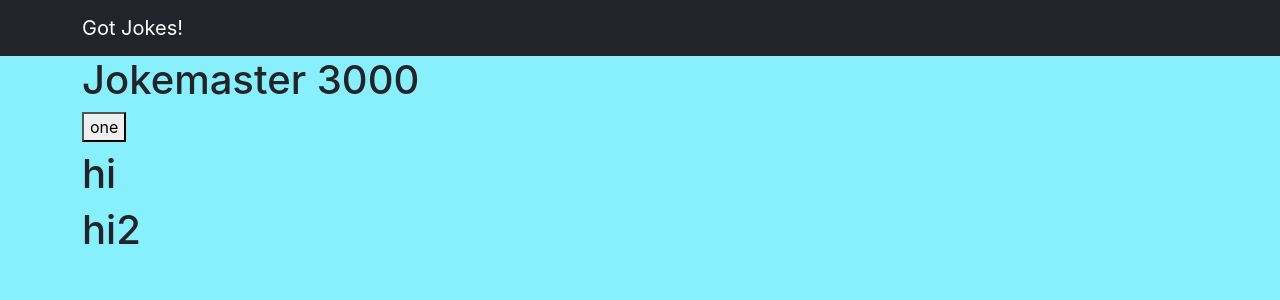
Repository: jontslater/LAB-joke-generator-react
Page: /
The author's editor kept a copy of each file at every save. The page is drawn from the files as they stood at one save, then again after the next save.
The browser window is 1280 px wide. The pictures show the whole page.
The project was rebuilt for these pictures with package versions that can differ from the ones it lists, and the page was loaded fresh each time. The framework's server and built-in components were replaced by stand-ins that run in the browser. Also part of the build but not shown: next.config.js.

Above is the page before, as saved 2024-01-12 18:51:12.

After the next save:
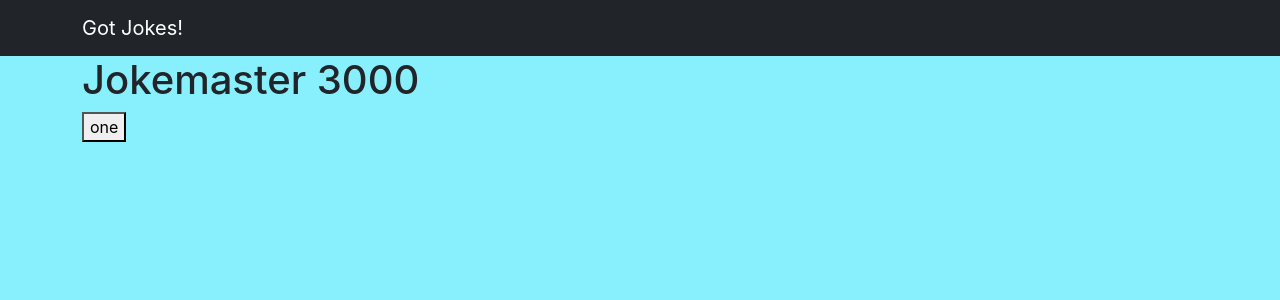
Saved 53 s later.
--- a/components/Jokes.js
+++ b/components/Jokes.js
@@ -28,7 +28,7 @@ function Jokes() {
           </button>
         )}
         <h1>{jokes.setup}</h1>
-        <h1>hi</h1>
+        {/* <h1>hi</h1>
         {active === 'SecondCard' && (
         <button
           type="button"
@@ -45,8 +45,8 @@ function Jokes() {
           title="3"
           onClick={() => setActive('FirstCard')}
         >three
-        </button>
-        )}
+        </button> */}
+        {/* )} */}
       </nav>
     </>
   );
